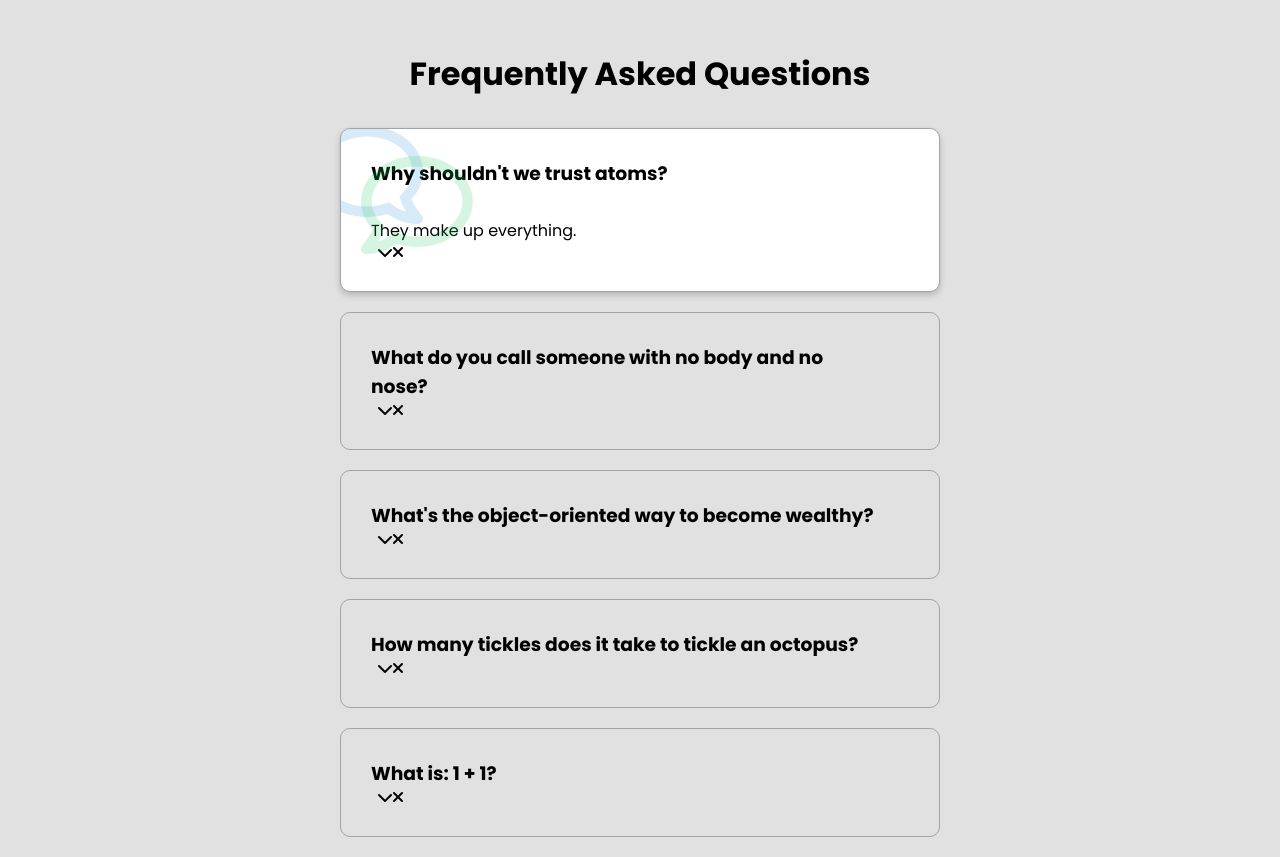
Repository: huynhvanngoan/50projectsin50days
Page: Day12/index.html
The author's editor kept a copy of each file at every save. The page is drawn from the files as they stood at one save, then again after the next save.
The browser window is 1280 px wide. The pictures show the whole page.

Above is the page before, as saved 2022-11-14 23:19:11.

After the next save:
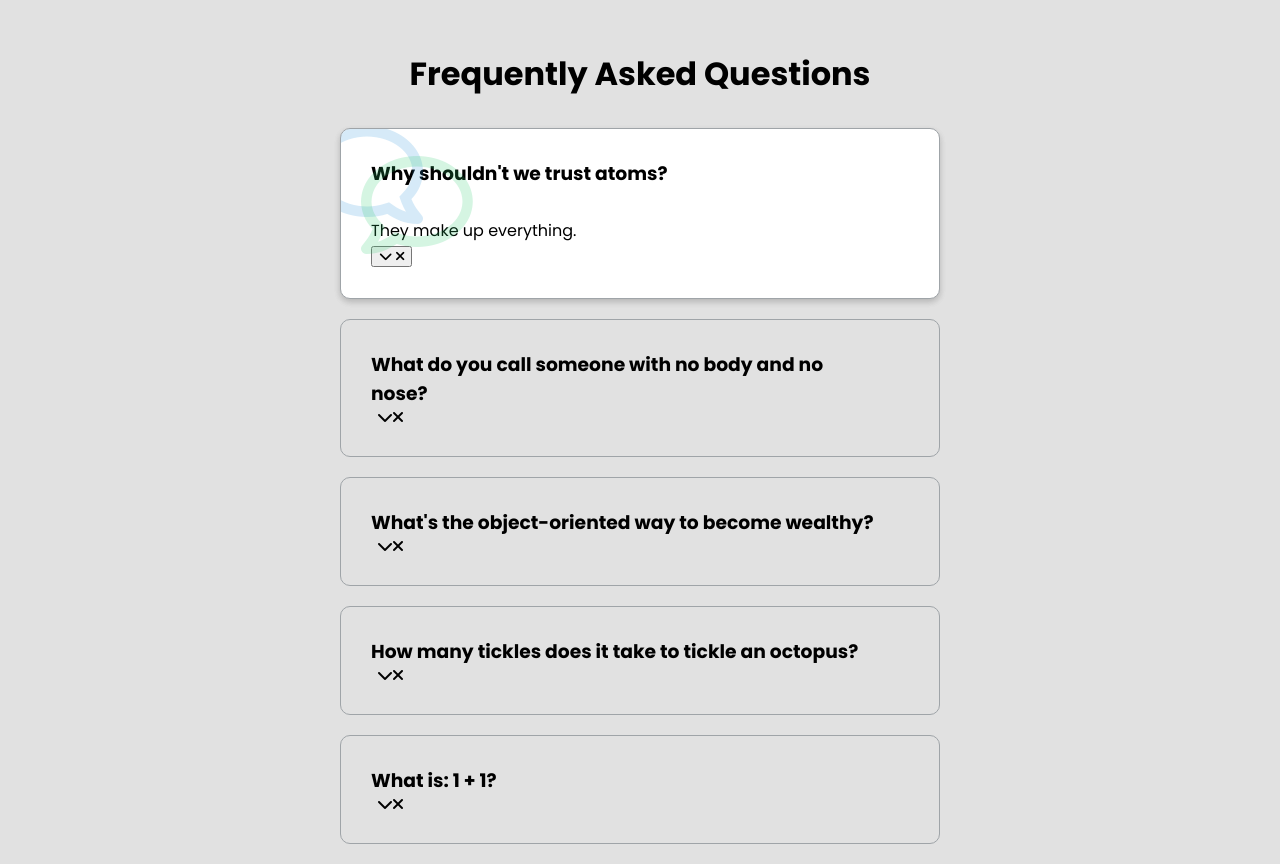
Saved 36 s later.
--- a/Day12/index.html
+++ b/Day12/index.html
@@ -20,7 +20,7 @@
             <p class="faq-text">
                 They make up everything.
             </p>
-            <button class = "faq-toggle">
+            <button>
                 <i class="fas fa-chevron-down"></i>
                 <i class="fas fa-times"></i>
             </button>
